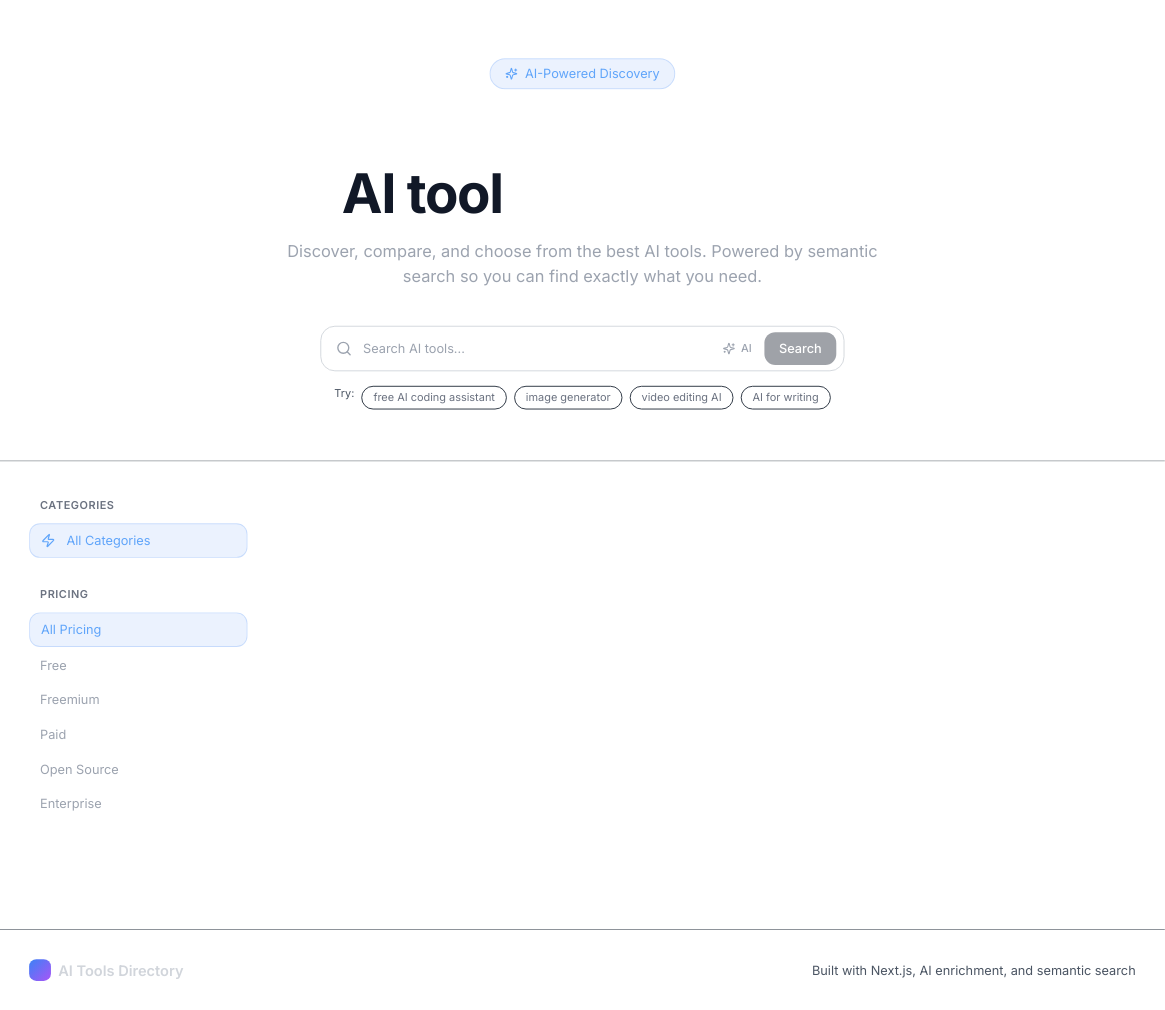
Repository: roshanreddy118/AI-tools-directory
Page: /
An editor plug-in stored every save of this project. The page is shown before and after the next save, followed by the edit.
The browser window is 1280 px wide. The pictures show the whole page, at 91% of full size.
The page's requests for data from a server got no answer. The project was rebuilt for these pictures with package versions that can differ from the ones it lists, and the page was loaded fresh each time. The framework's server and built-in components were replaced by stand-ins that run in the browser. No one was signed in, and anything a server would have sent is missing. Also part of the build but not shown: next.config.mjs, src/components/ToolCard.tsx.

Above is the page before, as saved 2026-08-27 20:23:25.

After the next save:
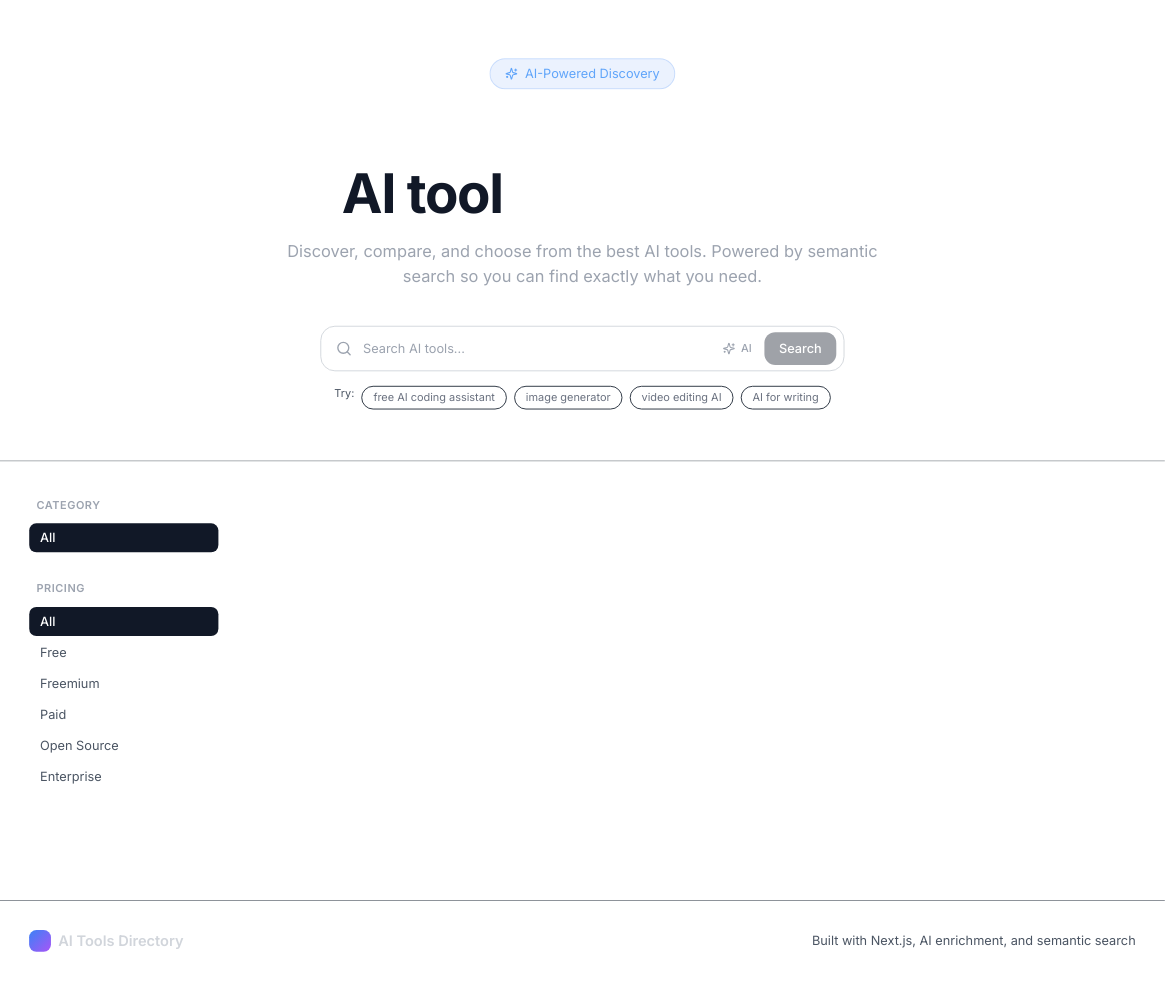
Saved 13 s later.
--- a/src/components/FilterSidebar.tsx
+++ b/src/components/FilterSidebar.tsx
@@ -1,20 +1,4 @@
 "use client";
-
-import {
-  Code,
-  Pen,
-  Image,
-  Video,
-  Music,
-  Zap,
-  Megaphone,
-  Palette,
-  MessageCircle,
-  Search,
-  Database,
-  GraduationCap,
-  Briefcase,
-} from "lucide-react";
 
 interface FilterSidebarProps {
   categories: string[];
@@ -24,28 +8,12 @@ interface FilterSidebarProps {
   onPricingChange: (pricing: string | null) => void;
 }
 
-const categoryIcons: Record<string, React.ReactNode> = {
-  Coding: <Code className="w-4 h-4" />,
-  Writing: <Pen className="w-4 h-4" />,
-  "Image Generation": <Image className="w-4 h-4" />,
-  Video: <Video className="w-4 h-4" />,
-  Audio: <Music className="w-4 h-4" />,
-  Productivity: <Zap className="w-4 h-4" />,
-  Marketing: <Megaphone className="w-4 h-4" />,
-  Design: <Palette className="w-4 h-4" />,
-  Chatbot: <MessageCircle className="w-4 h-4" />,
-  Research: <Search className="w-4 h-4" />,
-  Data: <Database className="w-4 h-4" />,
-  Education: <GraduationCap className="w-4 h-4" />,
-  Business: <Briefcase className="w-4 h-4" />,
-};
-
 const pricingOptions = [
-  { value: "free", label: "Free", color: "text-emerald-400" },
-  { value: "freemium", label: "Freemium", color: "text-blue-400" },
-  { value: "paid", label: "Paid", color: "text-amber-400" },
-  { value: "open-source", label: "Open Source", color: "text-purple-400" },
-  { value: "enterprise", label: "Enterprise", color: "text-pink-400" },
+  { value: "free", label: "Free" },
+  { value: "freemium", label: "Freemium" },
+  { value: "paid", label: "Paid" },
+  { value: "open-source", label: "Open Source" },
+  { value: "enterprise", label: "Enterprise" },
 ];
 
 export function FilterSidebar({
@@ -56,70 +24,48 @@ export function FilterSidebar({
   onPricingChange,
 }: FilterSidebarProps) {
   return (
-    <aside className="w-60 flex-shrink-0 hidden lg:block">
-      <div className="sticky top-4 space-y-8">
+    <aside className="w-52 flex-shrink-0 hidden lg:block">
+      <div className="sticky top-6 space-y-8">
         {/* Categories */}
         <div>
-          <h3 className="text-xs font-semibold text-gray-500 uppercase tracking-wider mb-3 px-3">
-            Categories
-          </h3>
+          <h3 className="section-title mb-3 px-2">Category</h3>
           <div className="space-y-0.5">
-            <button
+            <FilterButton
+              active={!selectedCategory}
               onClick={() => onCategoryChange(null)}
-              className={`flex items-center gap-3 w-full text-left px-3 py-2 rounded-xl text-sm transition-all ${
-                !selectedCategory
-                  ? "bg-blue-500/10 text-blue-400 border border-blue-500/20"
-                  : "text-gray-400 hover:text-gray-200 hover:bg-gray-800/50"
-              }`}
             >
-              <Zap className="w-4 h-4" />
-              All Categories
-            </button>
+              All
+            </FilterButton>
             {categories.map((category) => (
-              <button
+              <FilterButton
                 key={category}
+                active={selectedCategory === category}
                 onClick={() => onCategoryChange(category)}
-                className={`flex items-center gap-3 w-full text-left px-3 py-2 rounded-xl text-sm transition-all ${
-                  selectedCategory === category
-                    ? "bg-blue-500/10 text-blue-400 border border-blue-500/20"
-                    : "text-gray-400 hover:text-gray-200 hover:bg-gray-800/50"
-                }`}
               >
-                {categoryIcons[category] || <Zap className="w-4 h-4" />}
                 {category}
-              </button>
+              </FilterButton>
             ))}
           </div>
         </div>
 
         {/* Pricing */}
         <div>
-          <h3 className="text-xs font-semibold text-gray-500 uppercase tracking-wider mb-3 px-3">
-            Pricing
-          </h3>
+          <h3 className="section-title mb-3 px-2">Pricing</h3>
           <div className="space-y-0.5">
-            <button
+            <FilterButton
+              active={!selectedPricing}
               onClick={() => onPricingChange(null)}
-              className={`block w-full text-left px-3 py-2 rounded-xl text-sm transition-all ${
-                !selectedPricing
-                  ? "bg-blue-500/10 text-blue-400 border border-blue-500/20"
-                  : "text-gray-400 hover:text-gray-200 hover:bg-gray-800/50"
-              }`}
             >
-              All Pricing
-            </button>
+              All
+            </FilterButton>
             {pricingOptions.map((option) => (
-              <button
+              <FilterButton
                 key={option.value}
+                active={selectedPricing === option.value}
                 onClick={() => onPricingChange(option.value)}
-                className={`block w-full text-left px-3 py-2 rounded-xl text-sm transition-all ${
-                  selectedPricing === option.value
-                    ? "bg-blue-500/10 text-blue-400 border border-blue-500/20"
-                    : "text-gray-400 hover:text-gray-200 hover:bg-gray-800/50"
-                }`}
               >
                 {option.label}
-              </button>
+              </FilterButton>
             ))}
           </div>
         </div>
@@ -127,3 +73,26 @@ export function FilterSidebar({
     </aside>
   );
 }
+
+function FilterButton({
+  active,
+  onClick,
+  children,
+}: {
+  active: boolean;
+  onClick: () => void;
+  children: React.ReactNode;
+}) {
+  return (
+    <button
+      onClick={onClick}
+      className={`block w-full text-left px-3 py-1.5 rounded-lg text-sm transition-all ${
+        active
+          ? "bg-gray-900 text-white font-medium"
+          : "text-gray-600 hover:text-gray-900 hover:bg-gray-100"
+      }`}
+    >
+      {children}
+    </button>
+  );
+}
